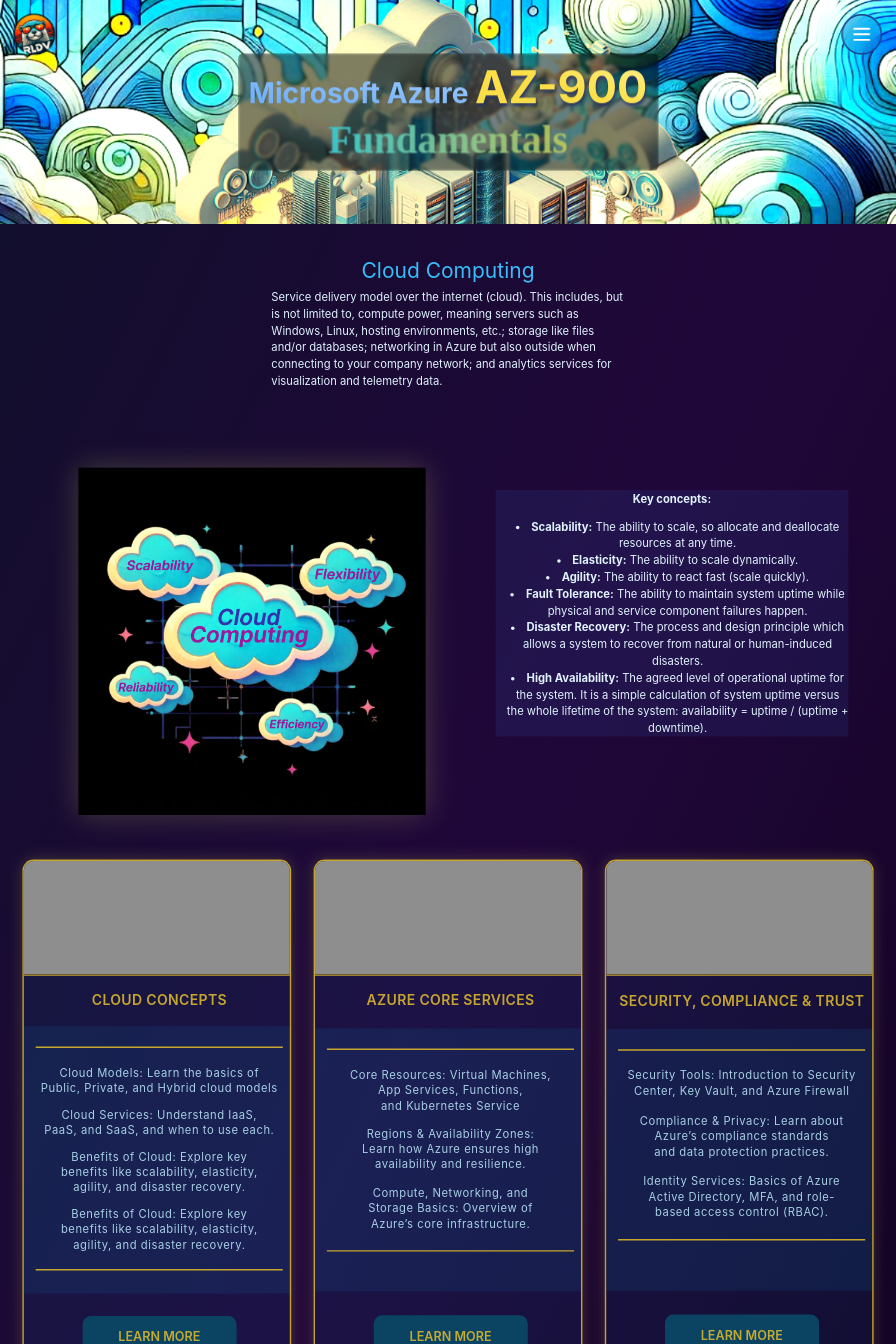
Repository: Freezler/az-900_svelte5
Page: /
An editor plug-in stored every save of this project. The page is shown before and after a run of saves, followed by the edit.
The browser window is 1280 px wide. The pictures show the part of the page from y = 0 to 1920 px (the page is 2706 px tall), at 70% of full size.
Pictures or frames that could not be fetched are drawn as grey boxes. The project was rebuilt for these pictures with package versions that can differ from the ones it lists, and the page was loaded fresh each time. The framework's server and built-in components were replaced by stand-ins that run in the browser. Also part of the build but not shown: vite.config.ts.

Above is the page before, as saved 2024-11-10 10:38:27.

After the next 3 saves:
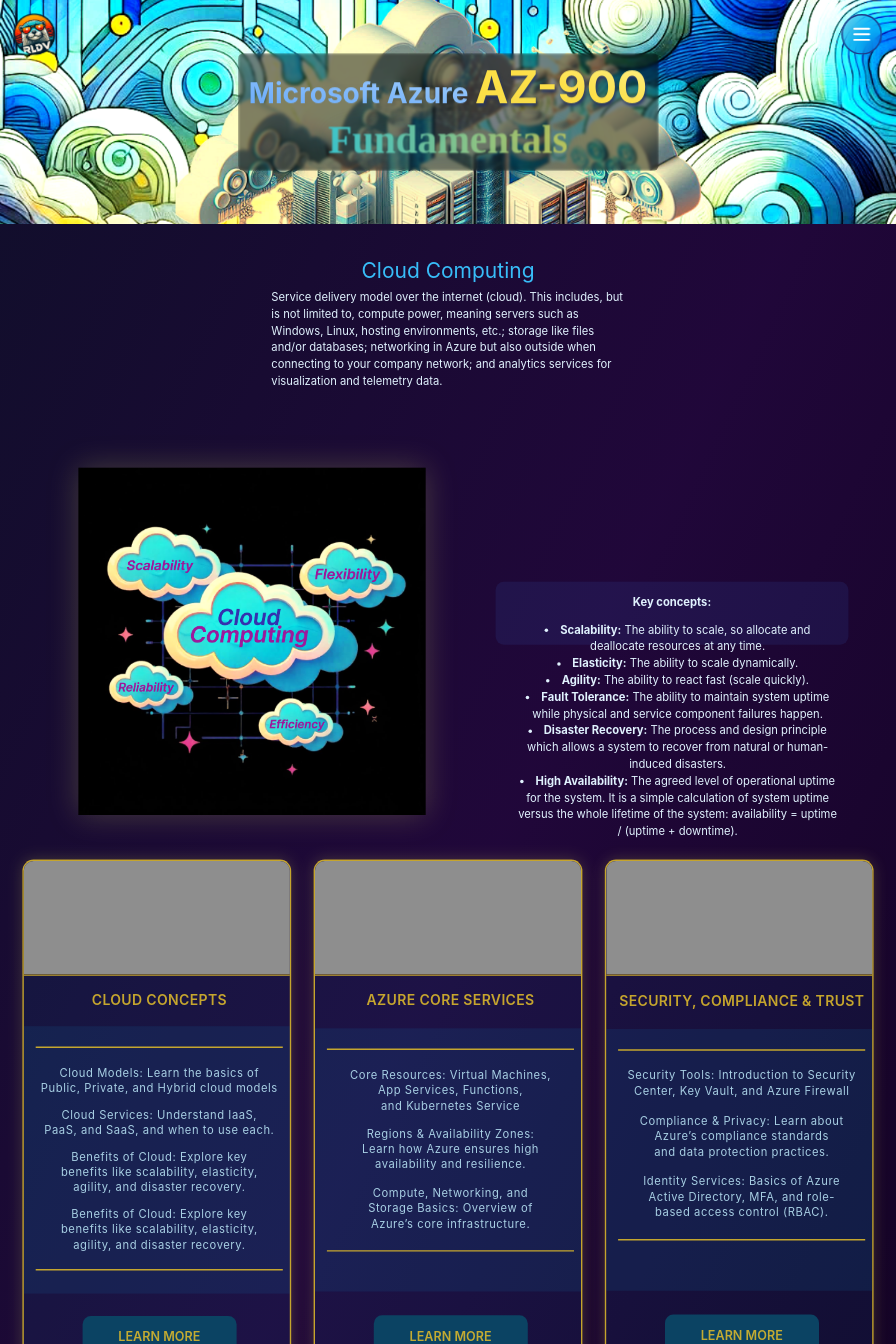
The 3 saves are shown as one change because they came seconds apart.
The last was saved 15 s later.
--- a/src/components/ComputingArticle.svelte
+++ b/src/components/ComputingArticle.svelte
@@ -17,7 +17,7 @@
 		class=" text-sky-100 drop-shadow-[0_0px_22px_rgba(255,255,99,0.2)] "
 	/>
 	<article
-		class="my-8 grid items-center justify-center gap-4 place-self-center bg-blue-500/10  text-sky-100 lg:max-w-[50ch]"
+		class="my-8 grid items-center justify-center gap-4 place-self-center bg-blue-500/10  text-sky-100 lg:max-w-[50ch] h-[90px] p-4 rounded-xl"
 	>
 		<p><strong>Key concepts:</strong></p>
 		<ul class="list-inside list-disc pl-4">
